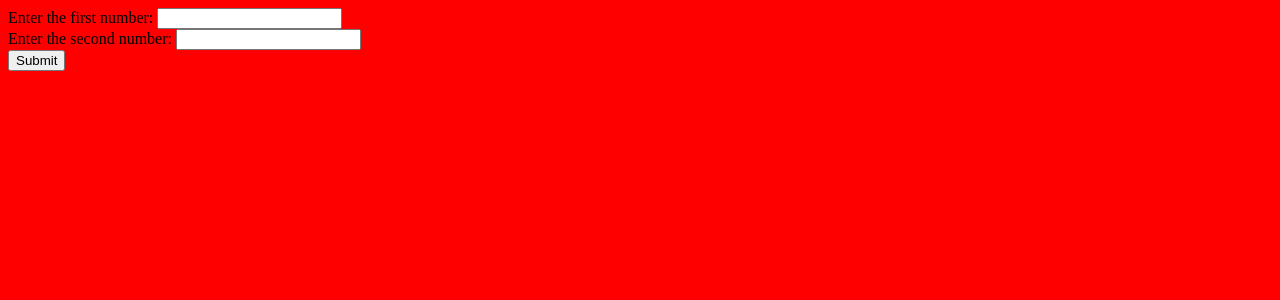
Repository: GarvKumar/ADVANCEDJAVATRAINING
Page: jsp1/src/main/webapp/index.html
An editor plug-in stored every save of this project. The page is shown before and after the next save, followed by the edit.
The browser window is 1280 px wide. The pictures show the whole page.

Above is the page before, as saved 2023-01-27 05:50:07.

### jsp1/src/main/webapp/index.html
<!DOCTYPE html>
<html>
<head>
<meta charset="UTF-8">
<title>Insert title here</title>
</head>
<body style="background-color:red;">

	<form action="Add.jsp" method="get">

		Enter the first number:
		<input type="text" name="num1"><br>

		Enter the second number:
		<input type="text" name="num2"><br>
		<input type="Submit">
		</form>

</body>
</html>

After the next save:
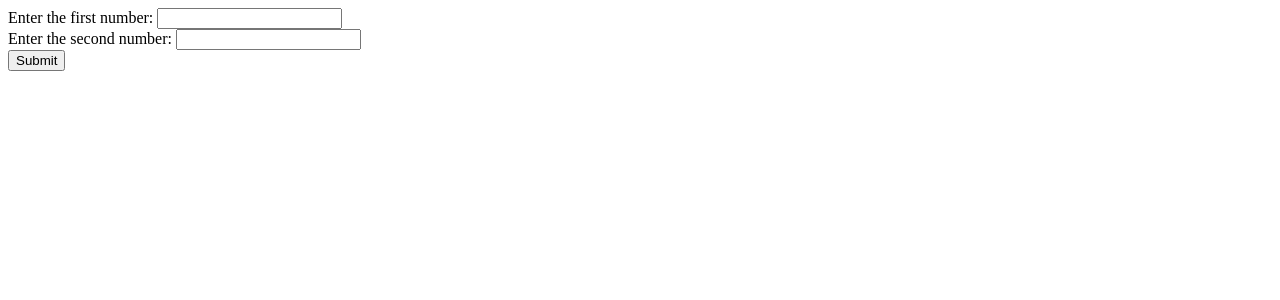
Saved 2 s later.
--- a/jsp1/src/main/webapp/index.html
+++ b/jsp1/src/main/webapp/index.html
@@ -4,7 +4,7 @@
 <meta charset="UTF-8">
 <title>Insert title here</title>
 </head>
-<body style="background-color:red;">
+<body >
 
 	<form action="Add.jsp" method="get">
 
